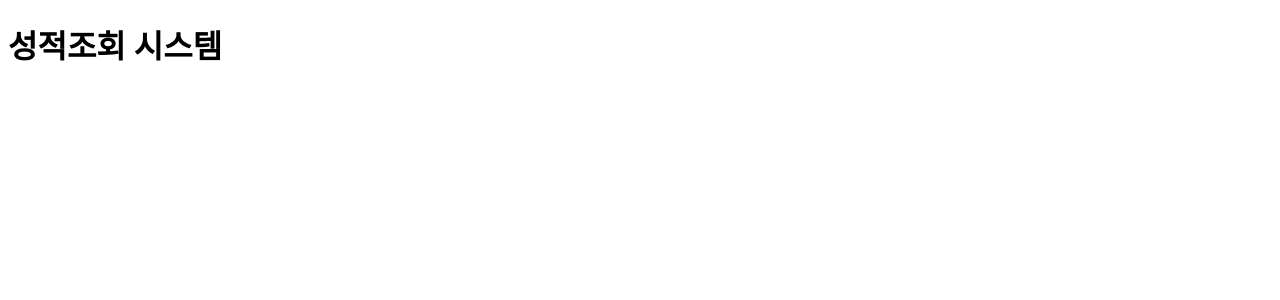
Repository: GitOnibi/jsp
Page: http://localhost/JSPprojec/school/index.jsp
These files come from the project's save history. The page is drawn as it stood at one moment and after the next save; the edit follows.
The browser window is 1280 px wide. The pictures show the whole page.
The page is served by Tomcat 9. Other server files are loaded and not shown.

Above is the page before, as saved 2019-01-07 12:05:07.

### JSPprojec/WebContent/school/index.jsp
<%@ page language="java" contentType="text/html; charset=UTF-8" pageEncoding="UTF-8"%>
<%@ taglib prefix="c" uri="http://java.sun.com/jsp/jstl/core" %>
<%@ taglib prefix="sql" uri="http://java.sun.com/jsp/jstl/sql" %>
<!DOCTYPE html>
<html>
<head>
<meta charset="UTF-8">
<title>Insert title here</title>
</head>
<body>
	<h1>성적조회 시스템</h1>
	<form action="score_search.jsp">

	</form>
</body>
</html>

After the next save:
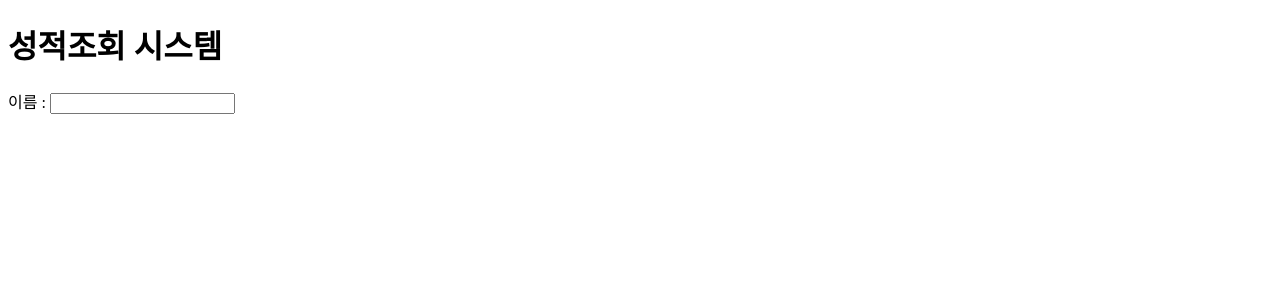
Saved 17 s later.
--- a/JSPprojec/WebContent/school/index.jsp
+++ b/JSPprojec/WebContent/school/index.jsp
@@ -10,7 +10,7 @@
 <body>
 	<h1>성적조회 시스템</h1>
 	<form action="score_search.jsp">
-
+		이름 : <input type="text" />
 	</form>
 </body>
 </html>
